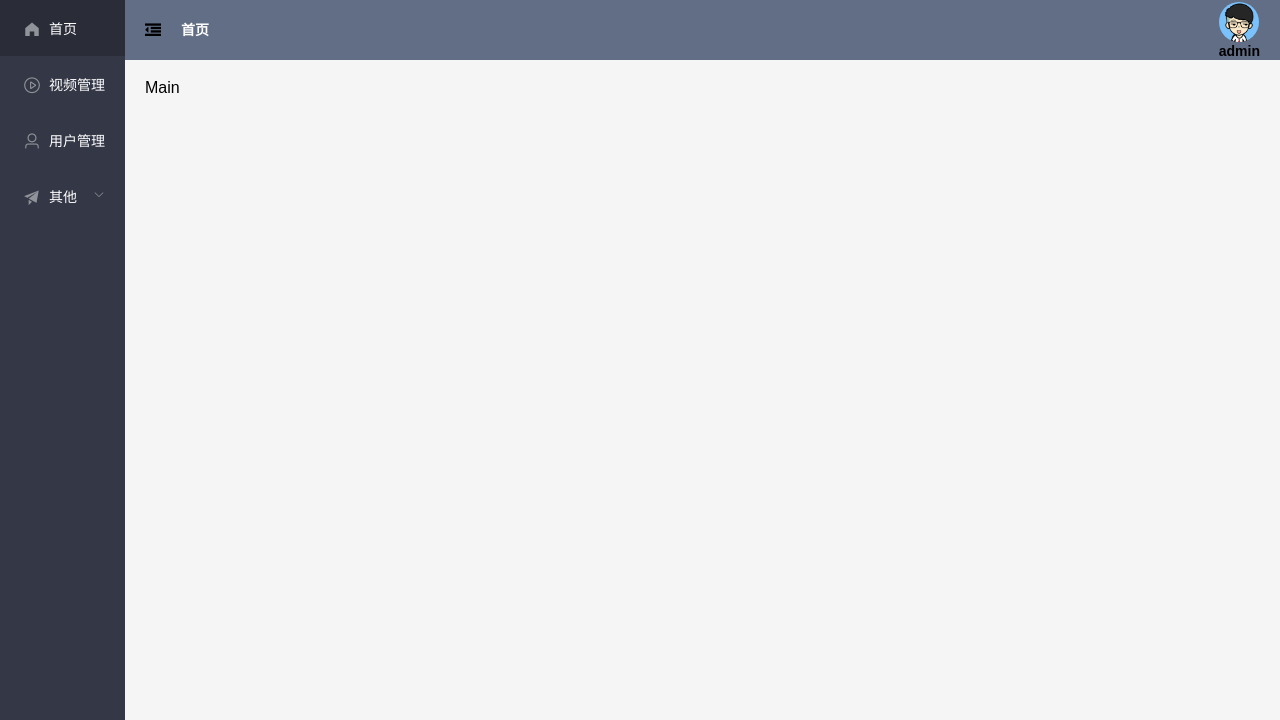
Repository: coWhy/vue-manage
Page: /
An editor plug-in stored every save of this project. The page is shown before and after the next save, followed by the edit.
The browser window is 1280 px wide. The pictures show the whole page.
The project was rebuilt for these pictures with package versions that can differ from the ones it lists, and the page was loaded fresh each time. Also part of the build but not shown: vue.config.js.

Above is the page before, as saved 2020-04-13 20:31:28.

### src/main.js
import Vue from 'vue'
import App from './App.vue'
import router from './router'
import store from './store'
import '@/assets/scss/reset.scss'
import ElementUI from 'element-ui'
import 'element-ui/lib/theme-chalk/index.css'
import '@/assets/font-awesome-4.7.0/css/font-awesome.css'
Vue.config.productionTip = false

console.log(
  `当前所处开发环境:【${process.env.NODE_ENV}】| 路由为: 【${process.env.VUE_APP_URL}】`
)
Vue.use(ElementUI)
new Vue({
  router,
  store,
  render: h => h(App)
}).$mount('#app')

### src/App.vue
<template>
  <div id="app">
    <router-view />
  </div>
</template>

<style lang="scss">
#app {
  // color: $theme-color;
  height: 100vh;
}
</style>

### src/router/index.js
import Vue from 'vue'
import VueRouter from 'vue-router'
//
const originalPush = VueRouter.prototype.push
VueRouter.prototype.push = function push(location) {
  return originalPush.call(this, location).catch(err => err)
}
Vue.use(VueRouter)

const routes = [
  {
    path: '/',
    component: () => import('@/views/layout/index')
  }
]

const router = new VueRouter({
  routes
})

export default router

### src/store/index.js
import Vue from 'vue'
import Vuex from 'vuex'
import tag from './modules/tag'
Vue.use(Vuex)

export default new Vuex.Store({
  state: {},
  mutations: {},
  actions: {},
  modules: {
    tag
  }
})

### src/assets/scss/_variable.scss
// 全局配置样式 修改主题颜色
$theme-color: #33aef0;

### src/views/layout/index.vue
<template>
  <el-container class="container">
    <!-- 左侧菜单栏 -->
    <el-aside width="auto">
      <common-aside></common-aside>
    </el-aside>
    <el-container>
      <!-- 头部 -->
      <el-header class="header">
        <common-header></common-header>
      </el-header>
      <!-- Tab标签 -->
      <common-tag class="tag"></common-tag>
      <!-- 主体 -->
      <el-main>
        Main
        <!-- <router-view></router-view> -->
      </el-main>
    </el-container>
  </el-container>
</template>

<script>
import CommonAside from './components/aside/index'
import CommonHeader from './components/header/index'
import CommonTag from './components/tag/index'
export default {
  components: {
    CommonAside,
    CommonHeader,
    CommonTag
  }
}
</script>

<style lang="scss" scoped>
.container {
  height: 100%;
}
.header {
  background-color: #626e85; // 头部背景色
  width: 100%;
}
.main {
  padding-top: 0;
}
</style>

### src/store/modules/tag.js
export default {
  state: {
    menuList: [], // 全部菜单
    curMenu: null // 点击选中的菜单
  },
  mutations: {
    // 点击 菜单之后 对应的tab 标签也要 进入 tabList 进行存放
    // 首页 不加入tabList
    getMenu(state, selectedMenu) {
      if (selectedMenu.name !== 'home') {
        state.curMenu = selectedMenu
      } else {
        state.curMenu = null
      }
    }
  },
  actions: {},
  modules: {}
}

### src/views/layout/components/aside/index.vue
<template>
  <el-menu
    default-active="2"
    class="el-menu-vertical-demo"
    :background-color="asideSetting.bgColor"
    :text-color="asideSetting.texteColor"
    :active-text-color="asideSetting.activeTextColor"
  >
    <!-- 这是没有子级菜单的
    handleClickMenu(item) 将选中的菜单元素存入store中的menu 用于tab使用
    由于 分两种情况 所以 下面两种 都需要加上handleClickMenu 事件
    v-for="item in noChildrenList" 遍历元素列表
    :index="item.path"  路由相关
    :key="item.title" 索引 避免重复
    -->
    <!-- noChildrenList -->
    <el-menu-item
      :index="item.path"
      v-for="item in noChildrenList"
      :key="item.title"
      @click="handleClickMenu(item)"
    >
      <i :class="item.icon"></i>
      <span slot="title">{{ item.title }}</span>
    </el-menu-item>
    <!-- hasChildrenList -->
    <el-submenu
      :index="item.title"
      v-for="item in hasChildrenList"
      :key="item.title"
    >
      <template slot="title">
        <i :class="item.icon"></i>
        <span slot="title">{{ item.title }}</span>
      </template>
      <el-menu-item-group>
        <el-menu-item
          :index="subItem.path"
          v-for="subItem in item.children"
          :key="subItem.title"
          @click="handleClickMenu(subItem)"
        >
          <i :class="subItem.icon"></i>
          <span slot="title">{{ subItem.title }}</span>
        </el-menu-item>
      </el-menu-item-group>
    </el-submenu>
  </el-menu>
</template>

<script>
export default {
  computed: {
    noChildrenList() {
      // asideMenuList 没有 子级菜单
      return this.asideMenuList.filter(item => !item.children)
    },
    hasChildrenList() {
      // asideMenuList 有 子级菜单
      return this.asideMenuList.filter(item => item.children)
    }
  },
  data() {
    return {
      asideSetting: {
        bgColor: '#343746', // 侧边栏背景颜色
        activeTextColor: '#4ffffb', // 选中字体的颜色
        texteColor: '#fff' // 默认字体颜色
      },
      //侧边栏菜单列表
      asideMenuList: [
        {
          path: '/',
          name: 'home',
          title: '首页',
          icon: 'el-icon-s-home'
        },
        {
          path: '/video',
          name: 'video',
          title: '视频管理',
          icon: 'el-icon-video-play'
        },
        {
          path: '/user',
          name: 'user',
          title: '用户管理',
          icon: 'el-icon-user'
        },
        {
          title: '其他',
          icon: 'el-icon-s-promotion',
          children: [
            {
              path: '/page1',
              name: 'page1',
              title: '页面1',
              icon: 'el-icon-setting'
            },
            {
              path: '/page2',
              name: 'page2',
              title: '页面2',
              icon: 'el-icon-setting'
            }
          ]
        }
      ]
    }
  },
  methods: {
    // 选中菜单 传入store
    handleClickMenu(item) {
      this.$store.commit('getMenu', item)
    }
  }
}
</script>

<style lang="scss" scoped>
.el-menu {
  // 菜单占满容器
  height: 100%;
  border: none;
}
</style>

### src/views/layout/components/header/index.vue
<template>
  <header class="header">
    <div class="l-content">
      <!-- 折叠标签 可以折叠左侧菜单栏 折叠：fa fa-outdent 展开： fa fa-indent -->
      <i class="fa fa-outdent" aria-hidden="true"></i>
      <!-- 面包屑导航 -->
      <el-breadcrumb separator="/">
        <!-- 默认保留一个 首页 -->
        <el-breadcrumb-item :to="{ path: '/' }">首页</el-breadcrumb-item>
        <!-- curMenu 不为null的时候才渲染出来 -->
        <el-breadcrumb-item :to="curMenu.path" v-if="curMenu">
          {{ curMenu.title }}
        </el-breadcrumb-item>
      </el-breadcrumb>
    </div>
    <!-- 用户部分 头像 下拉菜单 等 -->
    <div class="r-content">
      <el-dropdown trigger="click" size="mini">
        <span class="el-dropdown-link">
          <!-- 用户头像 和 用户名 动态获取 -->
          <img :src="userInfo.avatar" class="avatar" />
          <span class="name">{{ userInfo.username }}</span>
        </span>
        <el-dropdown-menu slot="dropdown">
          <el-dropdown-item>个人中心</el-dropdown-item>
          <el-dropdown-item>退出登录</el-dropdown-item>
        </el-dropdown-menu>
      </el-dropdown>
    </div>
  </header>
</template>

<script>
import { mapState } from 'vuex'
export default {
  computed: {
    ...mapState({
      curMenu: state => state.tag.curMenu // 选中的菜单对象
    })
  },
  data() {
    return {
      // 用户信息
      userInfo: {
        username: 'admin', // 用户名
        avatar: require('@/assets/images/user.png') // 用户头像
      }
    }
  },
  methods: {}
}
</script>

<style lang="scss" scoped>
.header {
  display: flex;
  height: 100%;
  align-items: center;
  justify-content: space-between;
}
.l-content {
  // width: 380;
  display: flex;
  align-items: center;
  i {
    margin-right: 20px;
  }
  justify-content: space-between;
}
.r-content {
  .avatar {
    width: 40px;
    height: 40px;
    border-radius: 50%;
  }
  .name {
    display: flex;
    height: 100%;
    color: black;
    font-weight: bolder;
    align-items: center;
  }
}
</style>
<style lang="scss">
.el-breadcrumb__item {
  .el-breadcrumb__inner {
    color: #b9d0fb;
    font-weight: normal;
  }
  &:last-child {
    .el-breadcrumb__inner {
      color: #ffffff;
      font-weight: bolder;
    }
  }
}
</style>

### src/views/layout/components/tag/index.vue
<template>
  <div class="tags">
    <!--  tabs标签
  不是首页才可以关闭
  -->
    <el-tag
      class="tag"
      size="small"
      closable
      effect="dark"
      :disable-transitions="false"
    >
      {{ tag.label }}
    </el-tag>
  </div>
</template>

<script>
export default {}
</script>

<style lang="scss" scoped>
.tags {
  background-color: #b5c6d6;
  position: relative;
  height: 42px;
  border: none;
  overflow: hidden;
  padding: 10px;
  .el-tag {
    padding-top: 1px;
    padding-bottom: 1px;
    margin-right: 15px;
    cursor: pointer;
  }
}
</style>

Loaded but not shown: public/index.html (common file); src/assets/scss/reset.scss (common file); src/assets/font-awesome-4.7.0/css/font-awesome.css (library)

After the next save:
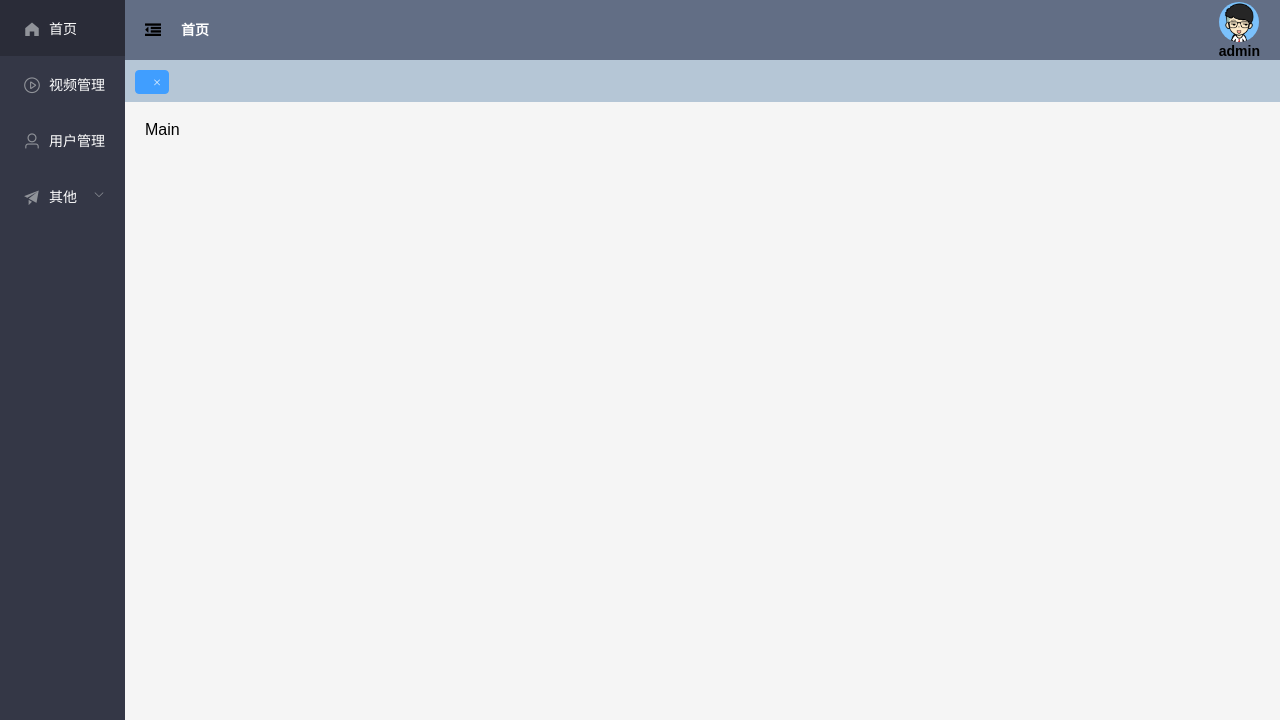
Saved 19 s later.
--- a/src/views/layout/components/tag/index.vue
+++ b/src/views/layout/components/tag/index.vue
@@ -10,7 +10,6 @@
       effect="dark"
       :disable-transitions="false"
     >
-      {{ tag.label }}
     </el-tag>
   </div>
 </template>
